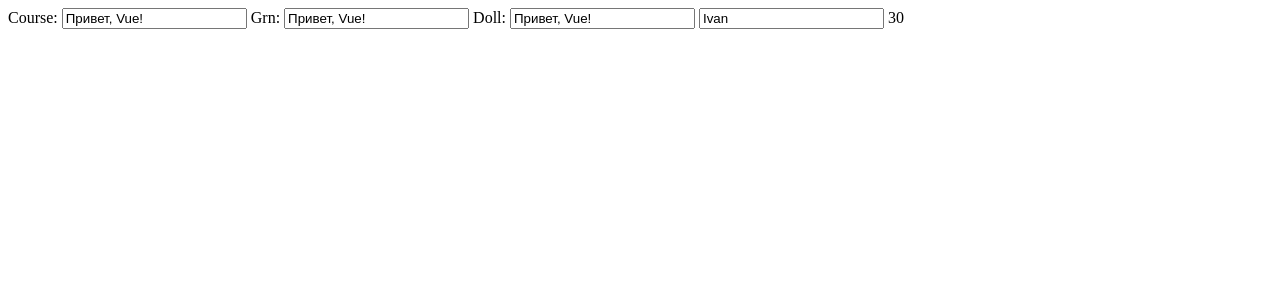
Repository: UkrAndy/Vue__4
Page: 1.Intro/index.html
An editor plug-in stored every save of this project. The page is shown before and after the next save, followed by the edit.
The browser window is 1280 px wide. The pictures show the whole page.

Above is the page before, as saved 2021-05-24 17:09:29.

After the next save:
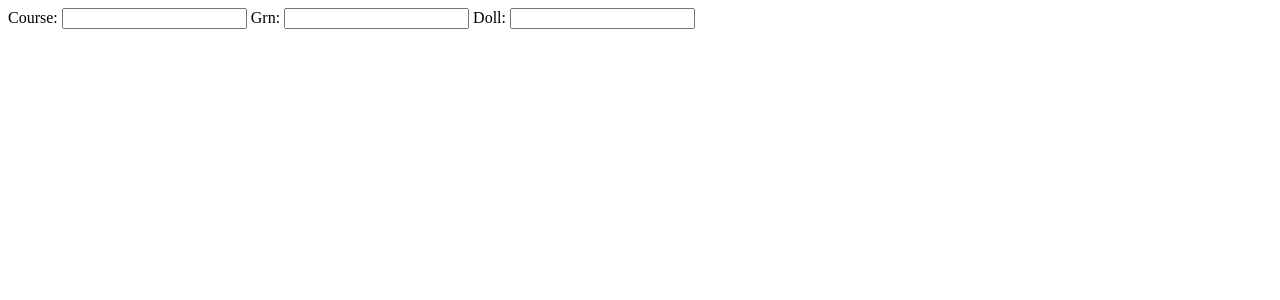
Saved 83 s later.
--- a/1.Intro/index.html
+++ b/1.Intro/index.html
@@ -22,9 +22,6 @@
         Doll:
         <input type="text" :value="message" />
       </label>
-
-      <input type="text" v-model="myName" />
-      {{age}}
     </div>
 
     <script>
@@ -32,10 +29,9 @@
       var app = new Vue({
         el: '#app',
         data: {
-          message: 'Привет, Vue!',
-          myName: 'Ivan',
-          city: 'Uzh',
-          age: 10 + r,
+          course: 27.3,
+          grn: 1000,
+          doll: 0,
         },
       })
     </script>
